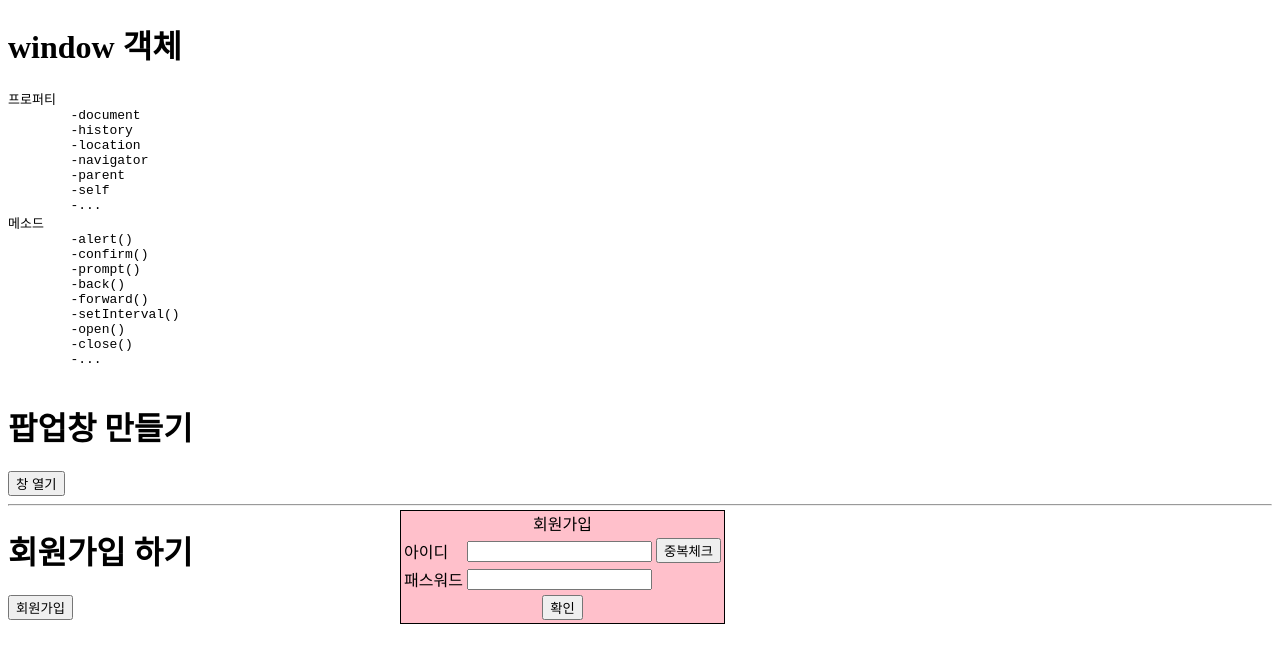
Repository: sunghyun-biblee/LearnSpace
Page: 4_UI/JS_Test/WebContent/js16_window01.html
An editor plug-in stored every save of this project. The page is shown before and after the next save, followed by the edit.
The browser window is 1280 px wide. The pictures show the whole page.

Above is the page before, as saved 2023-10-26 04:05:59.

### 4_UI/JS_Test/WebContent/js16_window01.html
<!DOCTYPE html>
<html>
<head>
<meta charset="UTF-8">
<title>Insert title here</title>
<style type="text/css">
	#regist{
		border : 1px solid black;
		background: pink;
		position : absolute;
		top: 510px;
		left:400px;
	}
</style>
<script type="text/javascript">
	function openWin(){
		let url="js16_window02.html";
		let target="_blank";
		let prop="width=500px,height=500px";
		window.open(url,target,prop);
	}

	function registForm(){
		let url="js17_window03.html";
		let target="_blank";
		let prop="width=600px,height=600px";
		window.open(url,target,prop);
	}
</script>
</head>
<body>
	<h1>window 객체</h1>
<pre>
프로퍼티
	-document
	-history
	-location
	-navigator
	-parent
	-self
	-...
메소드
	-alert()
	-confirm()
	-prompt()
	-back()
	-forward()
	-setInterval()
	-open()
	-close()
	-...
	</pre>
<div>
	<h1>팝업창 만들기</h1>
	<button onclick="openWin();" name="btn">창 열기</button>
</div>
<div id="tt"></div>

<hr>
<h1>회원가입 하기</h1>
<button onclick="registForm()" name="btn">회원가입</button>
<!-- 회원가입 폼 -->
<div id="regist">
	<form action="">
	<table>
		<caption>회원가입</caption>
		<tr>
			<td>아이디</td>
			<td> <input type="text" name="id"> <input type="button" value="중복체크"> </td>
		</tr>
		<tr>
			<td>패스워드</td>
			<td> <input type="password" name="pwd" style="color:red;"></td>
		</tr>
		<tr>
			<td colspan="2" align="center"> <input type="button" value="확인"> </td>
		</tr>
		</table>

	</form>
</div>



</body>
</html>

After the next save:
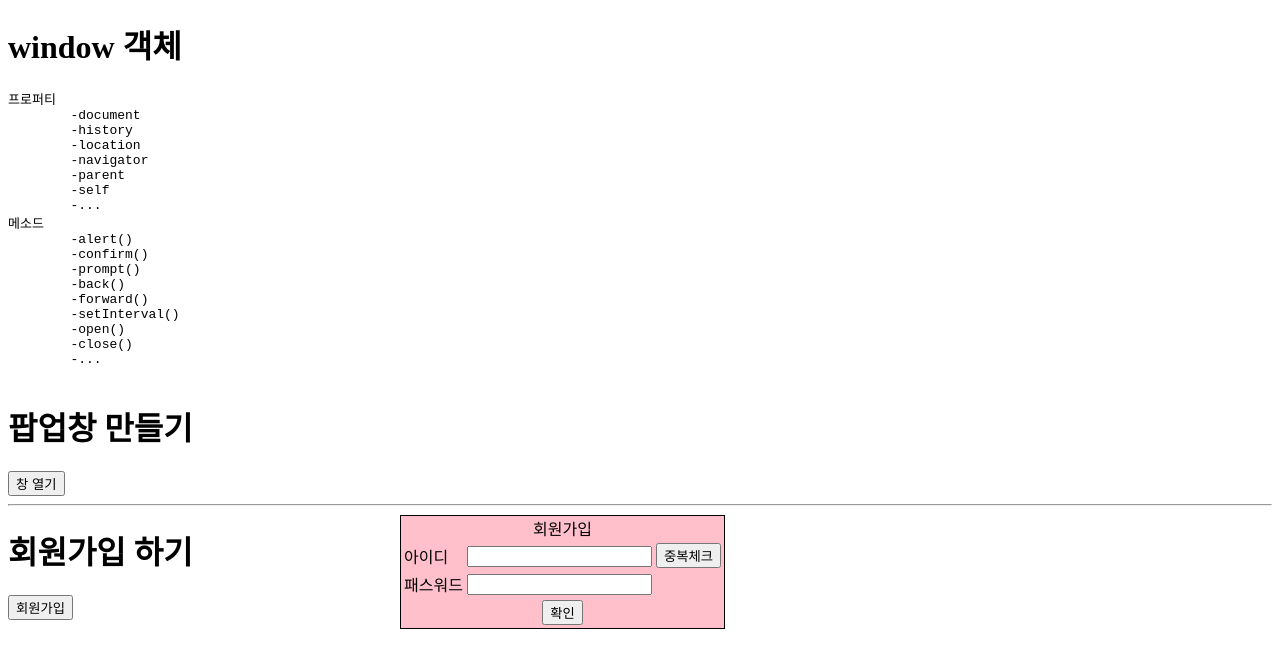
Saved 6 s later.
--- a/4_UI/JS_Test/WebContent/js16_window01.html
+++ b/4_UI/JS_Test/WebContent/js16_window01.html
@@ -8,7 +8,7 @@
 		border : 1px solid black;
 		background: pink;
 		position : absolute;
-		top: 510px;
+		top: 515px;
 		left:400px;
 	}
 </style>
